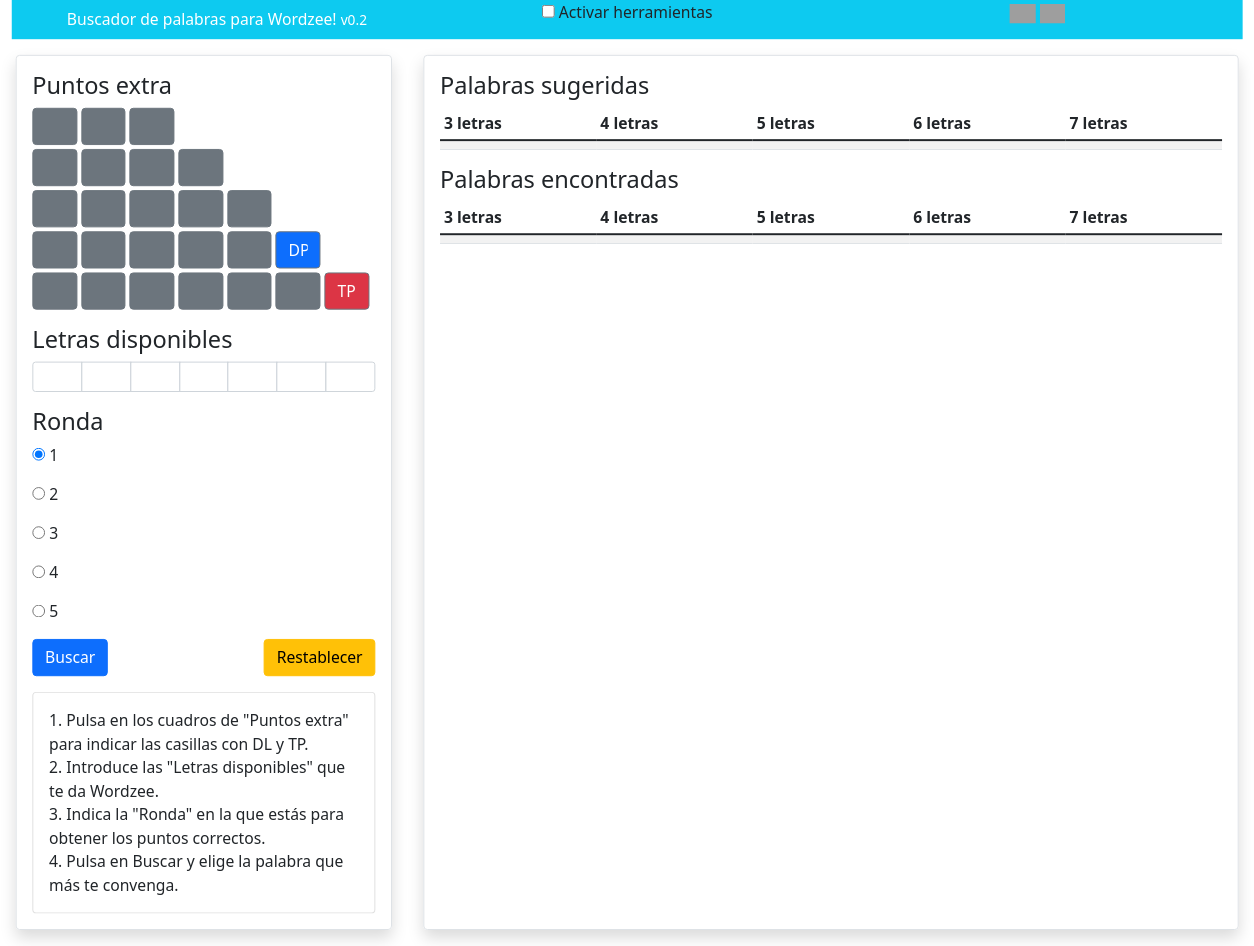
Repository: angelcafe/wordzee-bp_javascript
Page: index.html
The author's editor kept a copy of each file at every save. The page is drawn from the files as they stood at one save, then again after the next save.
The browser window is 1280 px wide. The pictures show the whole page, at 98% of full size.
Pictures or frames that could not be fetched are drawn as grey boxes.

Above is the page before, as saved 2021-10-22 21:57:25.

### index.html
<!DOCTYPE html>
<html lang="es">

<head>
    <meta charset="UTF-8">
    <meta name="viewport" content="width=device-width, initial-scale=1">
    <meta http-equiv="Expires" content="0">
    <meta http-equiv="Last-Modified" content="0">
    <meta http-equiv="Cache-Control" content="no-cache, mustrevalidate">
    <meta http-equiv="Pragma" content="no-cache">
    <link rel="icon" href="favicon.ico" type="image/ico" />
    <link rel="stylesheet" href="https://cdn.jsdelivr.net/npm/bootstrap@5.1.3/dist/css/bootstrap.min.css" integrity="sha384-1BmE4kWBq78iYhFldvKuhfTAU6auU8tT94WrHftjDbrCEXSU1oBoqyl2QvZ6jIW3" crossorigin="anonymous">
    <link rel="stylesheet" href="https://cdn.jsdelivr.net/npm/bootstrap-icons@1.5.0/font/bootstrap-icons.css">
    <link rel="stylesheet" href="index.css">
    <title>Busca palabras</title>
</head>

<body>
    <div class="container-fluid pl-2 pr-2">
        <!-- Cabecera -->
        <nav class="nav nav-justified bg-info">
            <li class="nav-item">
                <span class="nav-link text-white">Buscador de palabras para Wordzee! <small>v0.2</small></span>
            </li>
            <li class="nav-item">
                <div class="custom-control custom-switch custom-control-inline">
                    <input class="custom-control-input" type="checkbox" id="idActivarHerramientas">
                    <label class="custom-control-label" for="idActivarHerramientas">Activar herramientas</label>
                </div>
            </li>
            <li class="nav-item">
                <span class="navbar-text">
                    <a href="https://www.facebook.com/BuscaPalabras-para-Wordzee-106324508497974" target="_blank"><img src="https://upload.wikimedia.org/wikipedia/commons/5/51/Facebook_f_logo_%282019%29.svg" height="20"></a>
                    <a href="https://t.me/buscadorwordzee" target="_blank"><img src="https://upload.wikimedia.org/wikipedia/commons/thumb/8/83/Telegram_2019_Logo.svg/2048px-Telegram_2019_Logo.svg.png" height="20"></a>
                </span>
            </li>
        </nav>
        <div class="row">
            <!-- Puntos extra -->
            <div id="idPuntosExtra" class="col border shadow rounded m-3 p-3">
                <form name="principal" id="principal" method="POST">
                    <h4>Puntos extra</h4>
                    <div class="p-0 mb-1">
                        <input type="text" name="pal3let1" id="pal3let1" class="btn btn-secondary bg-info" value="" readonly>
                        <input type="text" name="pal3let2" id="pal3let2" class="btn btn-secondary info" value="" readonly>
                        <input type="text" name="pal3let3" id="pal3let3" class="btn btn-secondary info" value="" readonly>
                    </div>
                    <div class="p-0 mb-1">
                        <input type="text" name="pal4let1" id="pal4let1" class="btn btn-secondary info" value="" readonly>
                        <input type="text" name="pal4let2" id="pal4let2" class="btn btn-secondary info" value="" readonly>
                        <input type="text" name="pal4let3" id="pal4let3" class="btn btn-secondary info" value="" readonly>
                        <input type="text" name="pal4let4" id="pal4let4" class="btn btn-secondary info" value="" readonly>
                    </div>
                    <div class="p-0 mb-1">
                        <input type="text" name="pal5let1" id="pal5let1" class="btn btn-secondary info" value="" readonly>
                        <input type="text" name="pal5let2" id="pal5let2" class="btn btn-secondary info" value="" readonly>
                        <input type="text" name="pal5let3" id="pal5let3" class="btn btn-secondary info" value="" readonly>
                        <input type="text" name="pal5let4" id="pal5let4" class="btn btn-secondary info" value="" readonly>
                        <input type="text" name="pal5let5" id="pal5let5" class="btn btn-secondary info" value="" readonly>
                    </div>
                    <div class="p-0 mb-1">
                        <input type="text" name="pal6let1" id="pal6let1" class="btn btn-secondary info" value="" readonly>
                        <input type="text" name="pal6let2" id="pal6let2" class="btn btn-secondary info" value="" readonly>
                        <input type="text" name="pal6let3" id="pal6let3" class="btn btn-secondary info" value="" readonly>
                        <input type="text" name="pal6let4" id="pal6let4" class="btn btn-secondary info" value="" readonly>
                        <input type="text" name="pal6let5" id="pal6let5" class="btn btn-secondary info" value="" readonly>
                        <input type="text" name="pal6let6" id="pal6let6" class="btn btn-secondary info" value="" readonly>
                    </div>
                    <div class="p-0 mb-3">
                        <input type="text" name="pal7let1" id="pal7let1" class="btn btn-secondary info" value="" readonly>
                        <input type="text" name="pal7let2" id="pal7let2" class="btn btn-secondary info" value="" readonly>
                        <input type="text" name="pal7let3" id="pal7let3" class="btn btn-secondary info" value="" readonly>
                        <input type="text" name="pal7let4" id="pal7let4" class="btn btn-secondary info" value="" readonly>
                        <input type="text" name="pal7let5" id="pal7let5" class="btn btn-secondary info" value="" readonly>
                        <input type="text" name="pal7let6" id="pal7let6" class="btn btn-secondary info" value="" readonly>
                        <input type="text" name="pal7let7" id="pal7let7" class="btn btn-secondary info" value="" readonly>
                    </div>
                    <h4>Letras disponibles</h4>
                    <div class="input-group input-group-sm mb-3" id="letras">
                        <input name="letra1" id="idLetra1" type="text" size="1" maxlength="1" autocomplete="off" required="required" class="form-control text-uppercase" value="">
                        <input name="letra2" id="idLetra2" type="text" size="1" maxlength="1" autocomplete="off" required="required" class="form-control text-uppercase" value="">
                        <input name="letra3" id="idLetra3" type="text" size="1" maxlength="1" autocomplete="off" required="required" class="form-control text-uppercase" value="">
                        <input name="letra4" id="idLetra4" type="text" size="1" maxlength="1" autocomplete="off" required="required" class="form-control text-uppercase" value="">
                        <input name="letra5" id="idLetra5" type="text" size="1" maxlength="1" autocomplete="off" required="required" class="form-control text-uppercase" value="">
                        <input name="letra6" id="idLetra6" type="text" size="1" maxlength="1" autocomplete="off" required="required" class="form-control text-uppercase" value="">
                        <input name="letra7" id="idLetra7" type="text" size="1" maxlength="1" autocomplete="off" required="required" class="form-control text-uppercase" value="">
                    </div>
                    <h4>Ronda</h4>
                    <div class="custom-control custom-radio custom-control-inline mb-3">
                        <input type="radio" id="idRonda1" name="ronda" value="1" class="custom-control-input" checked>
                        <label class="custom-control-label" for="idRonda1">1</label>
                    </div>
                    <div class="custom-control custom-radio custom-control-inline mb-3">
                        <input type="radio" id="idRonda2" name="ronda" value="2" class="custom-control-input">
                        <label class="custom-control-label" for="idRonda2">2</label>
                    </div>
                    <div class="custom-control custom-radio custom-control-inline mb-3">
                        <input type="radio" id="idRonda3" name="ronda" value="3" class="custom-control-input">
                        <label class="custom-control-label" for="idRonda3">3</label>
                    </div>
                    <div class="custom-control custom-radio custom-control-inline mb-3">
                        <input type="radio" id="idRonda4" name="ronda" value="4" class="custom-control-input">
                        <label class="custom-control-label" for="idRonda4">4</label>
                    </div>
                    <div class="custom-control custom-radio custom-control-inline mb-3">
                        <input type="radio" id="idRonda5" name="ronda" value="5" class="custom-control-input">
                        <label class="custom-control-label" for="idRonda5">5</label>
                    </div>
                    <div class="btn-toolbar justify-content-between mt-1">
                        <button type="submit" class="btn btn-primary">Buscar</button>
                        <button type="button" onclick="restablecer()" class="btn btn-warning">Restablecer</button>
                    </div>
                </form>
                <div class="card mt-3">
                    <div class="card-body">
                        1. Pulsa en los cuadros de "Puntos extra" para indicar las casillas con DL y TP.
                        <br>
                        2. Introduce las "Letras disponibles" que te da Wordzee.
                        <br>
                        3. Indica la "Ronda" en la que estás para obtener los puntos correctos.
                        <br>
                        4. Pulsa en Buscar y elige la palabra que más te convenga.
                    </div>
                </div>
            </div>
            <!-- Herramientas -->
            <div id="idHerramientas" class="herramientas d-none border col m-3 p-3 shadow rounded">
                <h4>Herramientas</h4>
                <form class="row">
                    <div class="col">Palabra nueva:</div>
                    <div class="col">
                        <input name="palabraGuardar" id="palabraGuardar" type="text" minlength="3" maxlength="7" autocomplete="off" required="required" class="form-control text-uppercase" value="">
                    </div>
                    <div class="col">
                        <button id="idGuardar" type="button" class="btn btn-primary">Guardar</button>
                    </div>
                </form>
                <form class="row mt-3">
                    <div class="col">Borrar palabra:</div>
                    <div class="col">
                        <input name="palabraBorrar" id="palabraBorrar" type="text" minlength="3" maxlength="7" autocomplete="off" required="required" class="form-control text-uppercase" value="">
                    </div>
                    <div class="col">
                        <button id="idBorrar" type="button" class="btn btn-danger">Borrar</button>
                    </div>
                </form>
                <form class="row mt-3">
                    <div class="col">Exportar JSON:</div>
                    <div class="col"></div>
                    <div class="col">
                        <button type="button" onclick="palabras.exportar()" class="btn btn-primary">Exportar</button>
                    </div>
                </form>
                <form class="row mt-3">
                    <div class="col">Importar JSON:</div>
                    <div class="col custom-file">
                        <input type="file" class="custom-file-input" accept=".json" id="formFile" required="required">
                        <label class="custom-file-label" for="formFile" data-browse="Elegir"></label>
                    </div>
                    <div class="col input-group-append">
                        <button type="button" class="btn btn-warning" onclick="palabras.importar()">Importar</button>
                    </div>
                </form>
            </div>
            <div class="border col m-3 p-3 shadow rounded">
                <!-- Palabras sugeridas -->
                <h4>Palabras sugeridas</h4>
                <table class="table table-sm table-striped table-hover">
                    <thead>
                        <tr>
                            <th>3 letras</th>
                            <th>4 letras</th>
                            <th>5 letras</th>
                            <th>6 letras</th>
                            <th>7 letras</th>
                        </tr>
                    </thead>
                    <tbody>
                        <tr>
                            <td class="noselect"></td>
                            <td class="noselect"></td>
                            <td class="noselect"></td>
                            <td class="noselect"></td>
                            <td class="noselect"></td>
                        </tr>
                    </tbody>
                </table>
                <!-- Palabras encontradas -->
                <h4>Palabras encontradas</h4>
                <table class="table table-sm table-striped table-hover">
                    <thead>
                        <tr>
                            <th>3 letras</th>
                            <th>4 letras</th>
                            <th>5 letras</th>
                            <th>6 letras</th>
                            <th>7 letras</th>
                        </tr>
                    </thead>
                    <tbody>
                        <tr>
                            <td class="menu palenc noselect"></td>
                            <td class="menu palenc noselect"></td>
                            <td class="menu palenc noselect"></td>
                            <td class="menu palenc noselect"></td>
                            <td class="menu palenc noselect"></td>
                        </tr>
                    </tbody>
                </table>
            </div>
        </div>
    </div>
    <div id="modalAlert" class="modal fade" tabindex="-1">
        <div class="modal-dialog">
            <div class="modal-content">
                <div class="modal-header">
                    <h5 class="modal-title"></h5>
                    <button type="button" class="close" data-dismiss="modal" aria-label="Close"></button>
                </div>
                <div class="modal-body">
                    <p>Importación finalizada.</p>
                </div>
                <div class="modal-footer">
                    <button type="button" class="close" data-dismiss="modal" aria-label="Cerrar">
                        <span aria-hidden="true">&times;</span>
                    </button>
                </div>
            </div>
        </div>
    </div>
    <div id="menu">
        <div>
            <i class="bi bi-eraser-fill"></i> Borrar <span id="idBorrarPalabra"></span> de la Base de Datos
        </div>
    </div>
    <script src="https://cdn.jsdelivr.net/npm/bootstrap@5.1.3/dist/js/bootstrap.bundle.min.js" integrity="sha384-ka7Sk0Gln4gmtz2MlQnikT1wXgYsOg+OMhuP+IlRH9sENBO0LRn5q+8nbTov4+1p" crossorigin="anonymous"></script>
    <script src="index.js"></script>
</body>

</html>

### index.css
.btn-secondary {
    width: 13%;
}
.noselect {
    -webkit-touch-callout: none; /* iOS Safari */
    -webkit-user-select: none; /* Safari */
    -khtml-user-select: none; /* Konqueror HTML */
    -moz-user-select: none; /* Firefox */
    -ms-user-select: none; /* Internet Explorer/Edge */
    user-select: none; /* Non-prefixed version, currently
                        supported by Chrome and Opera */
}
.palenc {
    cursor: pointer;
}
.rosa {
    background-color: pink;
}
#idPuntosExtra {
    max-width: 24em;
    min-width: 24em;
}
.herramientas {
    max-width: 26em;
    min-width: 24em;
}
#idBorrarPalabra,
#idBotonBuscaPalabras {
    cursor: pointer;
}
#menu {
    position: absolute;
    display: none;
    padding: 0px;
    font-family: sans-serif;
    font-size: 15px;
    background: #fff;
    color: #555;
    border: 1px solid #C6C6C6;
    -webkit-transition: opacity .5s ease-in-out;
    -moz-transition: opacity .5s ease-in-out;
    transition: opacity .5s ease-in-out;
    -webkit-box-shadow: 2px 2px 2px 0px rgba(143, 144, 145, 1);
    -moz-box-shadow: 2px 2px 2px 0px rgba(143, 144, 145, 1);
    box-shadow: 2px 2px 2px 0px rgba(143, 144, 145, 1);
}
#menu div {
    display: block;
    color: #555;
    text-decoration: none;
    padding: 6px 8px 6px 8px;
    width: 294px;
    position: relative;
}
#menu div img,
#menu div i.fa {
    height: 20px;
    font-size: 17px;
    width: 20px;
    position: absolute;
    left: 5px;
    top: 2px;
}
#menu span:hover {
    color: #fff;
    background: #69a0f1;
}
#menu span {
    font-weight: bold;
}

Loaded but not shown: index.js (204 lines, source omitted)

After the next save:
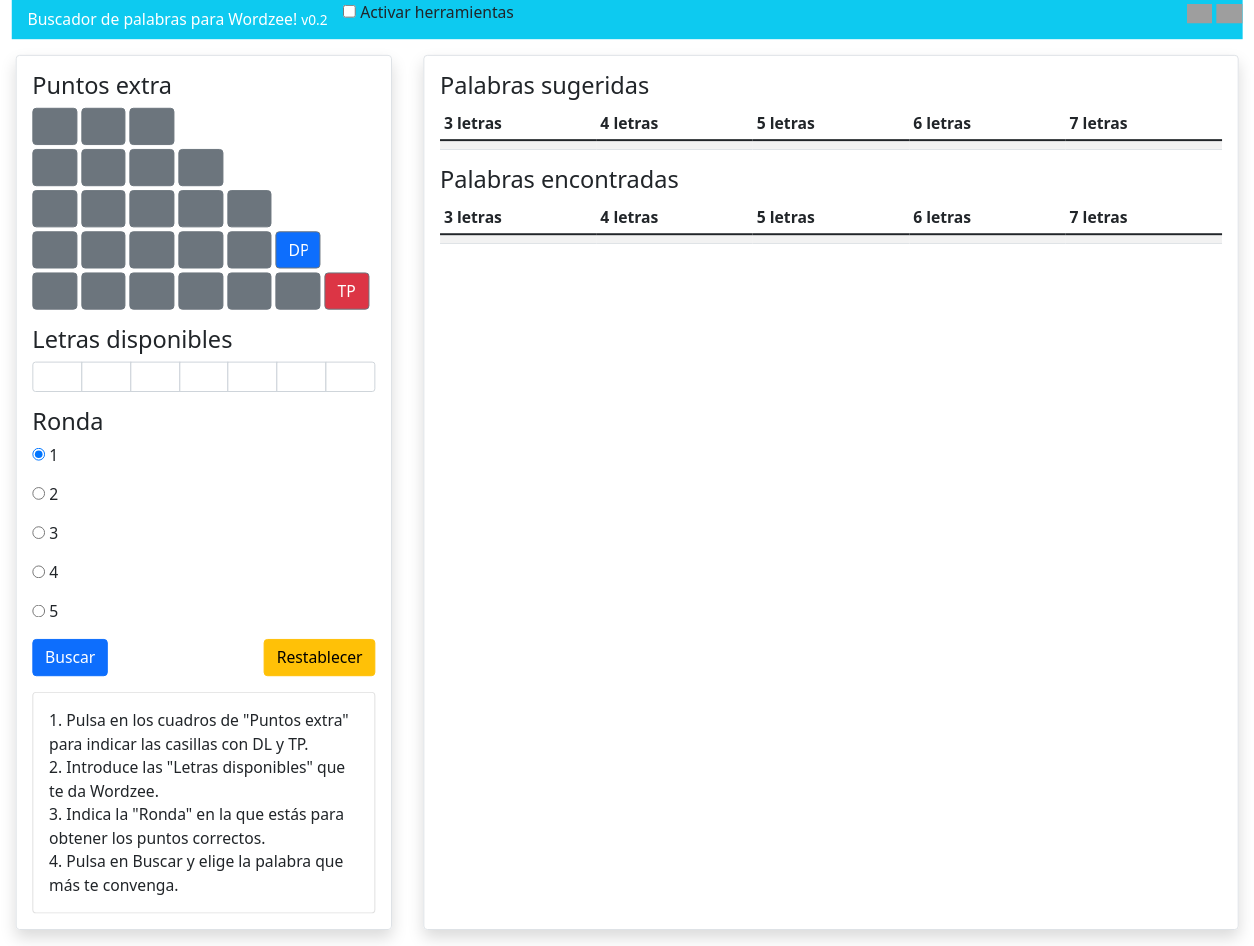
Saved 77 s later.
--- a/index.html
+++ b/index.html
@@ -18,11 +18,11 @@
 <body>
     <div class="container-fluid pl-2 pr-2">
         <!-- Cabecera -->
-        <nav class="nav nav-justified bg-info">
+        <nav class="nav flex-column flex-sm-row bg-info">
             <li class="nav-item">
                 <span class="nav-link text-white">Buscador de palabras para Wordzee! <small>v0.2</small></span>
             </li>
-            <li class="nav-item">
+            <li class="flex-sm-fill text-sm-left nav-item">
                 <div class="custom-control custom-switch custom-control-inline">
                     <input class="custom-control-input" type="checkbox" id="idActivarHerramientas">
                     <label class="custom-control-label" for="idActivarHerramientas">Activar herramientas</label>
